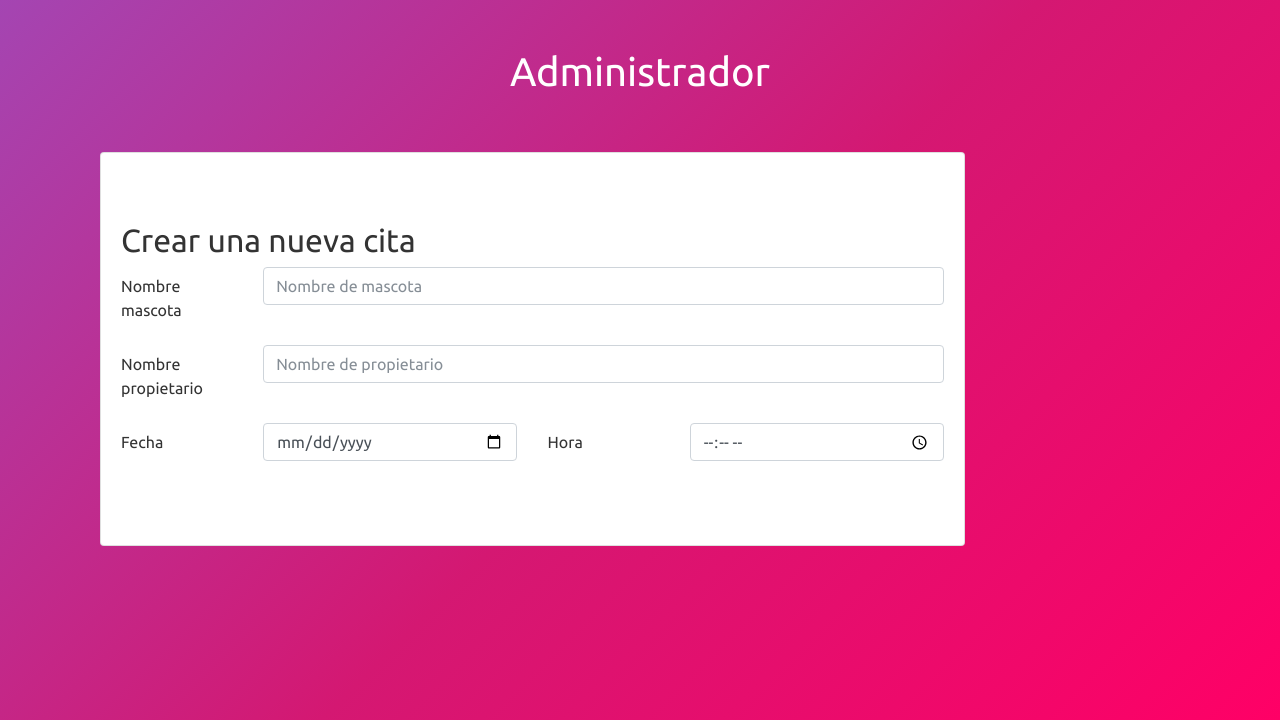
Repository: harrycampaz/react-veterinario-form
Page: /
The author's editor kept a copy of each file at every save. The page is drawn from the files as they stood at one save, then again after the next save.
The browser window is 1280 px wide. The pictures show the whole page.
The project was rebuilt for these pictures with package versions that can differ from the ones it lists, and the page was loaded fresh each time.

Above is the page before, as saved 2020-01-16 14:23:45.

### src/App.js
import React, { Component } from "react";
import "./bootstrap.min.css";
import Header from "./components/ui/Header";
import NuevaCita from "./components/layout/NuevaCita";

class App extends Component {
  state = {};
  render() {
    return (
      <div className="container">
        <Header titulo="Administrador" />
        <div className="row col-md-10">
          <div className="col-md-12 max-auto">
            <NuevaCita />
          </div>
        </div>
      </div>
    );
  }
}

export default App;

### src/components/ui/Header.js
import React from 'react';

const Header = ({titulo}) => {
    return (
      <header>
<h1 className="text-center"> {titulo}</h1>
      </header>
    );
};

export default Header;

### src/components/layout/NuevaCita.js
import React, { Component } from "react";

class NuevaCita extends Component {
  render() {
    return (

      <div className="card mt-5 py-5">
        <div className="card-body">
          <h2> Crear una nueva cita</h2>
        <form>
          <div class="form-group row">
            <label className="col-sm-4 col-lg-2 col-form-label" for="nombre">
              Nombre mascota
            </label>
            <div className="col-sm-8 col-lg-10">
              <input
                type="text"
                className="form-control"
                name="mascota"
                id="mascota"
                aria-describedby="emailHelpId"
                placeholder="Nombre de mascota"
              />
            </div>
          </div>
          <div class="form-group row">
            <label className="col-sm-4 col-lg-2 col-form-label" for="nombre">
              Nombre propietario
            </label>
            <div className="col-sm-8 col-lg-10">
              <input
                type="text"
                className="form-control"
                name="propietario"
                id="propietario"
                aria-describedby="emailHelpId"
                placeholder="Nombre de propietario"
              />
            </div>
          </div>

          <div class="form-group row">
            <label className="col-sm-4 col-lg-2 col-form-label" for="nombre">
              Fecha
            </label>
            <div className="col-sm-8 col-lg-4">
              <input
                type="date"
                className="form-control"
                name="fecha"
                id="fecha"
                aria-describedby="emailHelpId"
              />
            </div>

            <label className="col-sm-4 col-lg-2 col-form-label" for="nombre">
              Hora
            </label>
            <div className="col-sm-8 col-lg-4">
              <input
                type="time"
                className="form-control"
                name="propietario"
                id="propietario"
                aria-describedby="emailHelpId"
                placeholder="Nombre de propietario"
              />
            </div>
          </div>
        </form>
      </div>
      </div>
    );
  }
}

export default NuevaCita;

Loaded but not shown: public/index.html (common file); src/index.js (common file); src/index.css (common file); src/serviceWorker.js (common file); src/bootstrap.min.css (library)

After the next save:
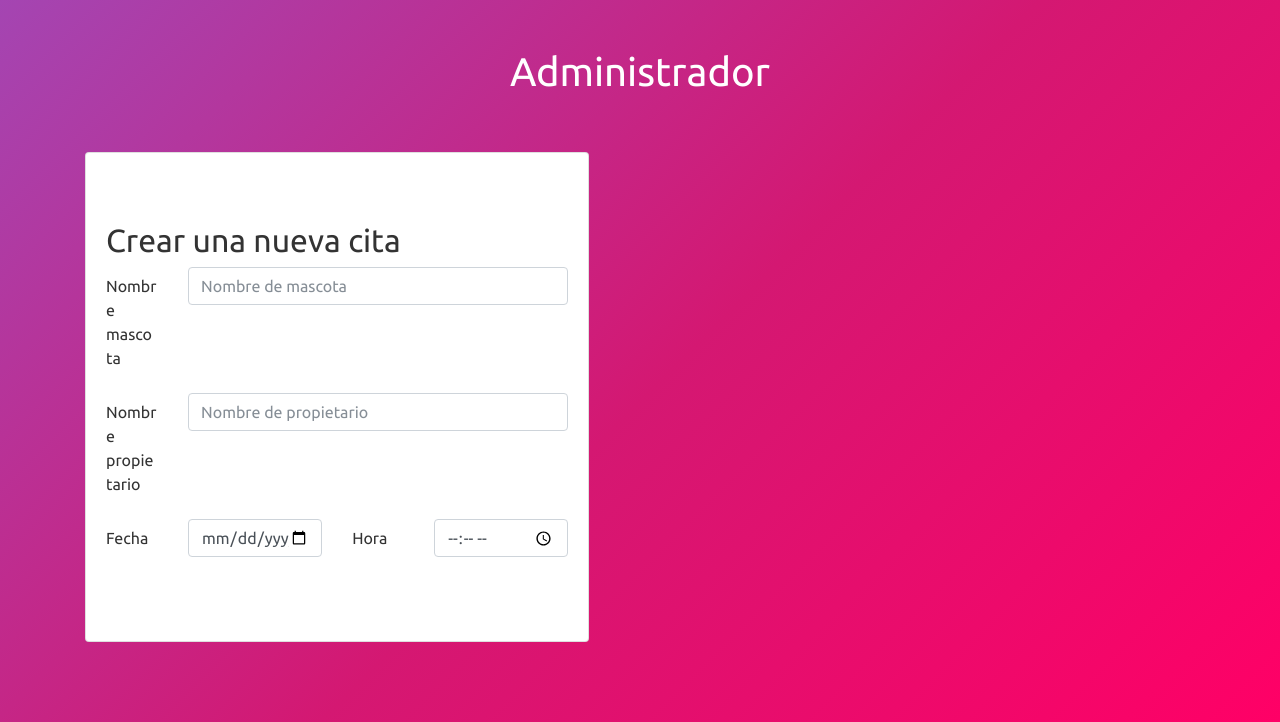
Saved 11 s later.
--- a/src/App.js
+++ b/src/App.js
@@ -10,7 +10,7 @@ class App extends Component {
       <div className="container">
         <Header titulo="Administrador" />
         <div className="row col-md-10">
-          <div className="col-md-12 max-auto">
+          <div className=" max-auto">
             <NuevaCita />
           </div>
         </div>
